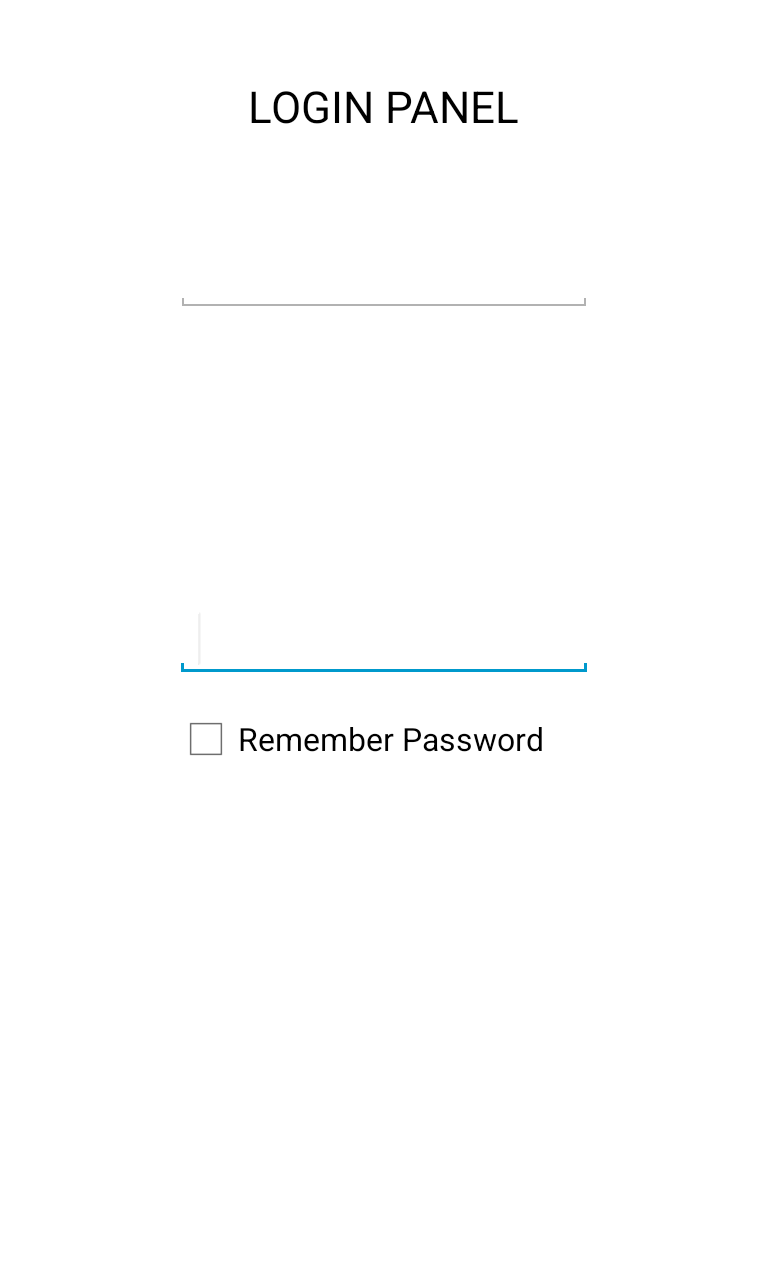
Repository: amittttt/Android-HP
Layout: SharedPrefrances/res/layout/activity_main.xml
An editor plug-in stored every save of this project. The layout is shown before and after the next save, followed by the edit.
It is drawn on a 768 x 1280 px phone screen (xhdpi) without system bars, with theme AppTheme; the app's code is not run.

Above is the layout before, as saved 2016-05-14 14:17:35.

### SharedPrefrances/res/layout/activity_main.xml
<RelativeLayout xmlns:android="http://schemas.android.com/apk/res/android"
    xmlns:tools="http://schemas.android.com/tools"
    android:layout_width="match_parent"
    android:layout_height="match_parent"
    android:paddingBottom="@dimen/activity_vertical_margin"
    android:paddingLeft="@dimen/activity_horizontal_margin"
    android:paddingRight="@dimen/activity_horizontal_margin"
    android:paddingTop="@dimen/activity_vertical_margin"
    tools:context=".MainActivity" >

    <TextView
        android:id="@+id/textView1"
        android:layout_width="wrap_content"
        android:layout_height="wrap_content"
        android:layout_alignParentTop="true"
        android:layout_centerHorizontal="true"
        android:layout_marginTop="22dp"
        android:text="LOGIN PANEL"
        android:textAppearance="?android:attr/textAppearanceLarge" />

    <EditText
        android:id="@+id/editText1"
        android:layout_width="wrap_content"
        android:layout_height="wrap_content"
        android:layout_below="@+id/textView1"
        android:layout_centerHorizontal="true"
        android:layout_marginTop="50dp"
        android:ems="10"
        android:inputType="textPersonName" />

    <EditText
        android:id="@+id/editText2"
        android:layout_width="wrap_content"
        android:layout_height="wrap_content"
        android:layout_centerHorizontal="true"
        android:layout_centerVertical="true"
        android:ems="10"
        android:inputType="textPassword" >

        <requestFocus />
    </EditText>

    <CheckBox
        android:id="@+id/checkBox1"
        android:layout_width="wrap_content"
        android:layout_height="wrap_content"
        android:layout_alignLeft="@+id/editText2"
        android:layout_below="@+id/editText2"
        android:layout_marginTop="14dp"
        android:text="Remember Password " />

</RelativeLayout>

Loaded but not shown: SharedPrefrances/res/values/styles.xml (common file); SharedPrefrances/res/values-v11/styles.xml (common file); SharedPrefrances/res/values-v14/styles.xml (common file); SharedPrefrances/res/values/dimens.xml (common file)

After the next save:
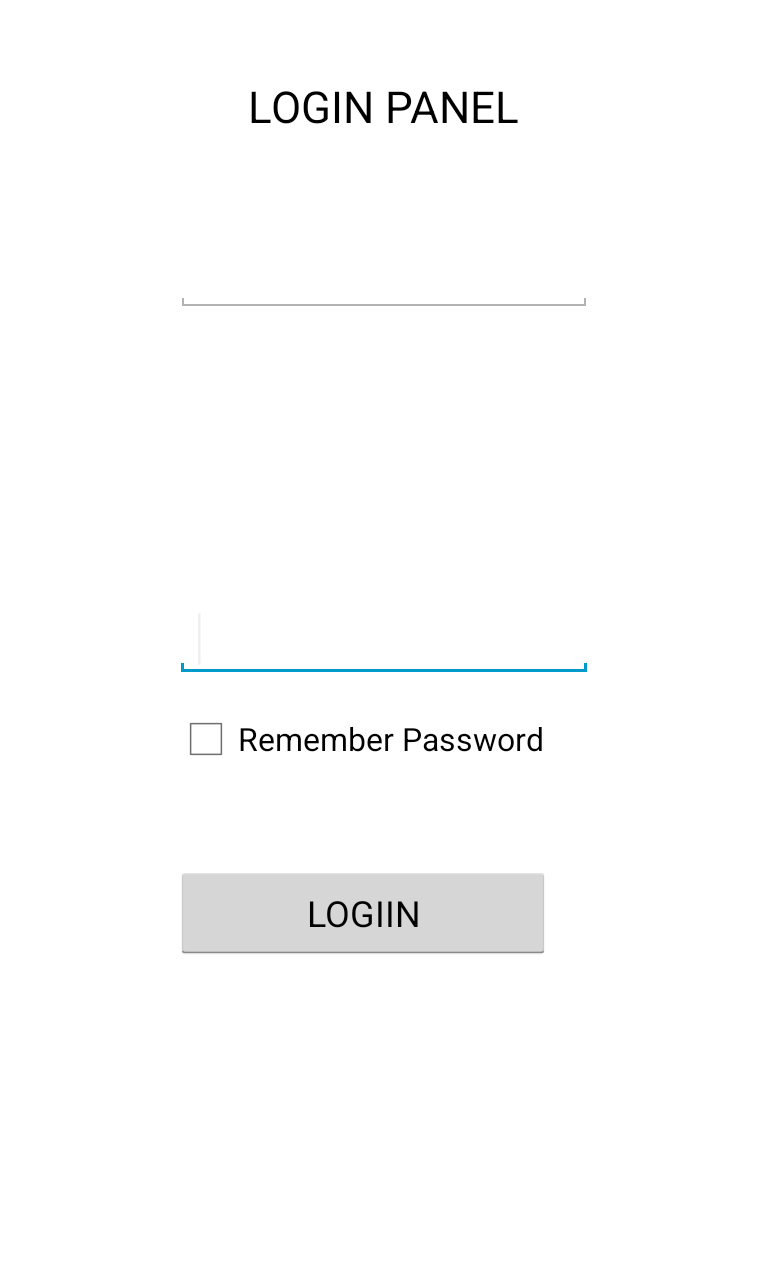
Saved 20 s later.
--- a/SharedPrefrances/res/layout/activity_main.xml
+++ b/SharedPrefrances/res/layout/activity_main.xml
@@ -49,4 +49,14 @@
         android:layout_marginTop="14dp"
         android:text="Remember Password " />
 
+    <Button
+        android:id="@+id/button1"
+        android:layout_width="wrap_content"
+        android:layout_height="wrap_content"
+        android:layout_alignLeft="@+id/checkBox1"
+        android:layout_alignRight="@+id/checkBox1"
+        android:layout_below="@+id/checkBox1"
+        android:layout_marginTop="47dp"
+        android:text="LOGIIN" />
+
 </RelativeLayout>
